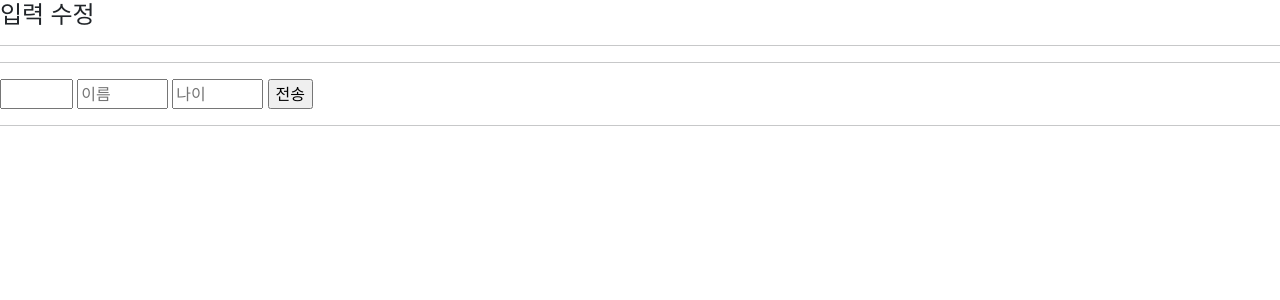
Repository: shbaksa/study
Page: http://localhost/mw_0615/java_script/multi_input.jsp
An editor plug-in stored every save of this project. The page is shown before and after the next save, followed by the edit.
The browser window is 1280 px wide. The pictures show the whole page.
The page is served by Tomcat 9. Queries for data that is not in the repository find no rows.

Above is the page before, as saved 2022-06-15 06:39:53.

### mw_0615/src/main/webapp/java_script/multi_input.jsp
<%@ page language="java" contentType="text/html; charset=UTF-8"
    pageEncoding="UTF-8"%>
<!DOCTYPE html>
<%@ page import="java.sql.*" %>
<html>
<head>
<meta charset="UTF-8">
<title>Insert title here</title>
    <link href="https://cdn.jsdelivr.net/npm/bootstrap@5.2.0-beta1/dist/css/bootstrap.min.css" rel="stylesheet" integrity="sha384-0evHe/X+R7YkIZDRvuzKMRqM+OrBnVFBL6DOitfPri4tjfHxaWutUpFmBp4vmVor" crossorigin="anonymous">

	<%
	// DB연결
	Class.forName("com.mysql.jdbc.Driver");
	String db = "jdbc:mysql://localhost:3306/first";
	Connection conn = DriverManager.getConnection(db, "root", "1234");

	String sql = "select * from multi";
	PreparedStatement pstmt = conn.prepareStatement(sql);
	ResultSet rs = pstmt.executeQuery();

	%>
</head>
<style>
	#aa {
		display:inline;
	}
</style>
<script>
	function chg(n) {

		if(n==0) // 입력모드
		{
			document.pkc.action="multi_input_ok.jsp";
			document.pkc.submit.value="전송";
		}
		else	// 수정모드
			{
			document.pkc.action="multi_update_ok.jsp";
			document.pkc.submit.value="수정";
			}
	}

</script>
<body>	<!-- 0615/mulit_input.jsp : mulit 테이블에 이름과 나이를 입력하는 폼 -->

	<!-- 하나로 합친 폼 : action을 변경, submit의 value도 변경 -->
	<span onclick="chg(0)"><h4 id="aa">입력 </h4>  </span>
	<span onclick="chg(1)"><h4 id="aa">수정 </h4> </span>

	<!--
	<form name="pkc" method="post" action="multi_input_ok.jsp">
	<input type="text" name="id" size="2">
	<input type="text" name="name" placeholder="이름" size="4">
	<input type="text" name="age" placeholder="나이" size="4">
	<input type="submit" name="submit" value="전송">
	</form> -->

	<hr>
	<% while(rs.next()) { %>
	<span><h3 id="aa"><%=rs.getInt("id") %></h3></span>
	<span><h3 id="aa"><%=rs.getString("name") %></h3> </span>
	<span><h3 id="aa"><%=rs.getString("age") %></h3></span> <p>
	<% } %>
	<hr>
	<form name="pkc" method="post" action="multi_input_ok.jsp">
	<input type="text" name="id" size="2">
	<input type="text" name="name" placeholder="이름" size="4">
	<input type="text" name="age" placeholder="나이" size="4">
	<input type="submit" name="submit" value="전송">
	</form>
	<hr>


	    <script src="https://cdn.jsdelivr.net/npm/bootstrap@5.2.0-beta1/dist/js/bootstrap.bundle.min.js" integrity="sha384-pprn3073KE6tl6bjs2QrFaJGz5/SUsLqktiwsUTF55Jfv3qYSDhgCecCxMW52nD2" crossorigin="anonymous"></script>

</body>
</html>

After the next save:
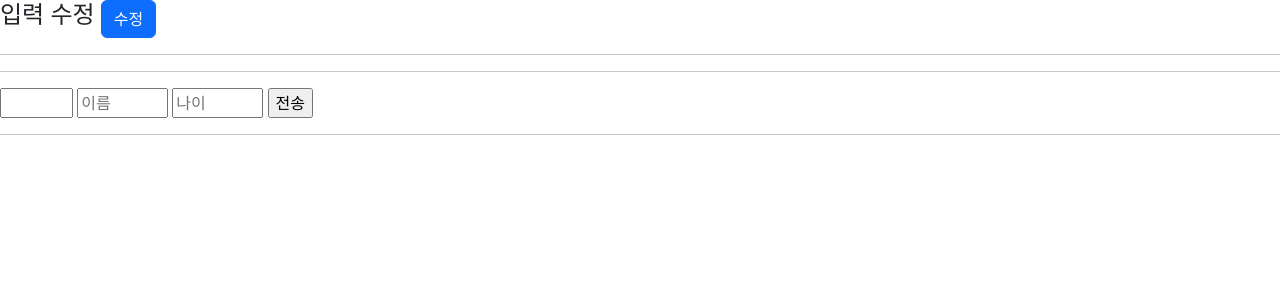
Saved 94 s later.
--- a/mw_0615/src/main/webapp/java_script/multi_input.jsp
+++ b/mw_0615/src/main/webapp/java_script/multi_input.jsp
@@ -46,6 +46,9 @@
 	<!-- 하나로 합친 폼 : action을 변경, submit의 value도 변경 -->
 	<span onclick="chg(0)"><h4 id="aa">입력 </h4>  </span>
 	<span onclick="chg(1)"><h4 id="aa">수정 </h4> </span>
+	<button onclick="chg(1)" type="button" class="btn btn-primary" data-toggle="button" aria-pressed="false" autocomplete="off">
+ 	수정
+</button>
 
 	<!--
 	<form name="pkc" method="post" action="multi_input_ok.jsp">
